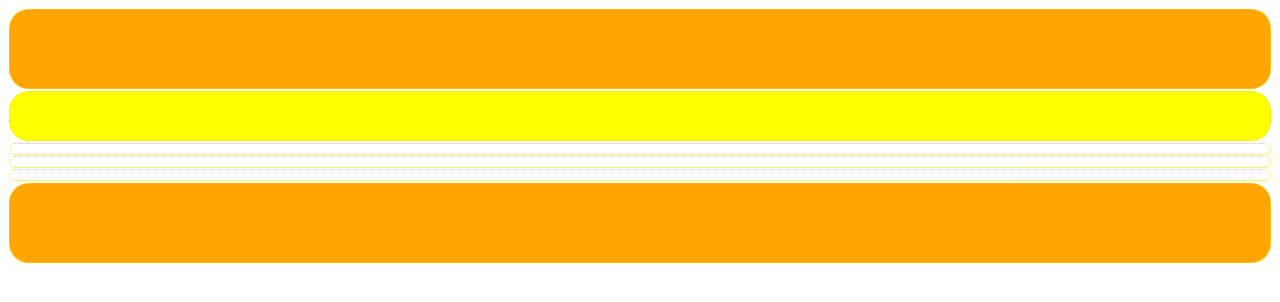
Repository: seonyeob94/BasicWeb
Page: webpro/src/main/webapp/0313/레이아웃_flex.html
The author's editor kept a copy of each file at every save. The page is drawn from the files as they stood at one save, then again after the next save.
The browser window is 1280 px wide. The pictures show the whole page.

Above is the page before, as saved 2025-03-13 02:45:35.

### webpro/src/main/webapp/0313/레이아웃_flex.html
<!DOCTYPE html>
<html>
<head>
<meta charset="UTF-8">
<title>Insert title here</title>
<style type="text/css">
body *{
  box-sizing: border-box;
}
#top{
  display: flex;
  flex-direction: column;
}
header,aside,section,footer,nav{
  border: 1px dotted gold;
  margin: 1px;
  padding: 5px;
  border-radius: 20px;
}
header,footer, nav{
  height: 50px;
  background: orange;
}
header{
  height: 80px;
}
nav{
  background: yellow;
}
</style>
</head>
<body>
<div id="top">
  <header></header>
  <nav></nav>
  <div id="content">
    <aside></aside>
    <section></section>
    <aside></aside>
  </div>
  <header></header>
</div>
</body>
</html>

After the next save:
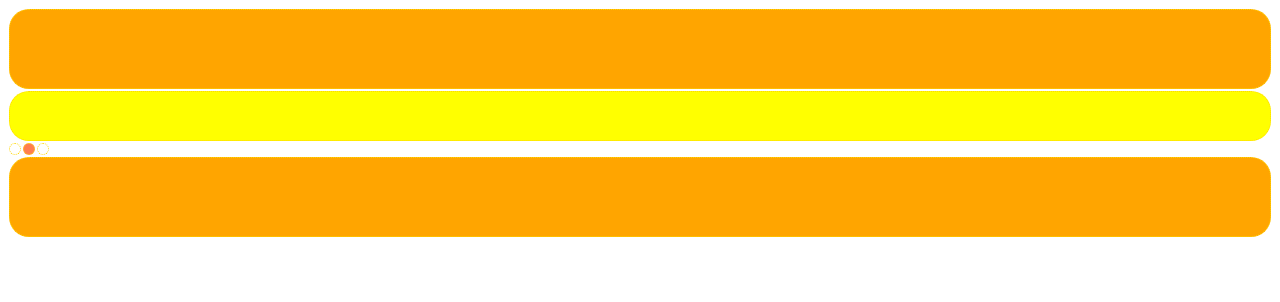
Saved 82 s later.
--- a/webpro/src/main/webapp/0313/레이아웃_flex.html
+++ b/webpro/src/main/webapp/0313/레이아웃_flex.html
@@ -27,6 +27,13 @@ header{
 nav{
   background: yellow;
 }
+section{
+  background: coral;
+}
+#content{
+  display: flex;
+  flex-direction: row;
+}
 </style>
 </head>
 <body>
